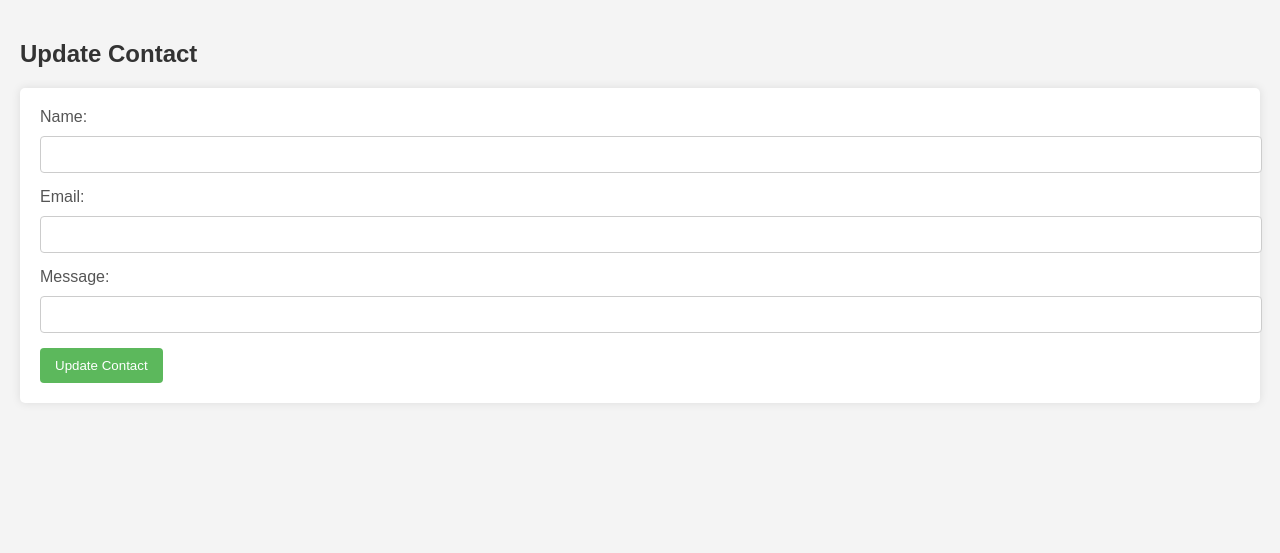
Repository: wmrmweerakoon/Online-Laundry-Management-System
Page: http://localhost/LaundryManagementSystem/contactUpdate.jsp
The author's editor kept a copy of each file at every save. The page is drawn from the files as they stood at one save, then again after the next save.
The browser window is 1280 px wide. The pictures show the whole page.
The page is served by Tomcat 9.

Above is the page before, as saved 2024-10-13 09:29:03.

After the next save:
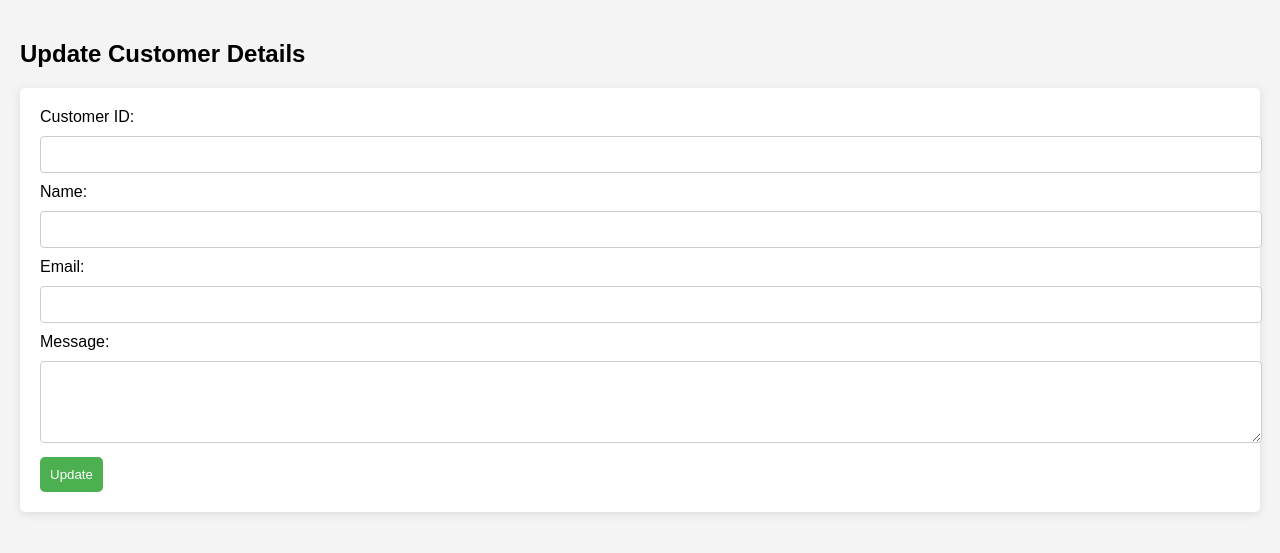
Saved 87 s later.
--- a/Projects/LaundryManagementSystem/src/main/webapp/contactUpdate.jsp
+++ b/Projects/LaundryManagementSystem/src/main/webapp/contactUpdate.jsp
@@ -1,11 +1,8 @@
-<%@ page language="java" contentType="text/html; charset=UTF-8" pageEncoding="UTF-8" %>
-<%@ page import="Model.contactModel" %>
+<%@ page language="java" contentType="text/html; charset=UTF-8" pageEncoding="UTF-8"%>
 <!DOCTYPE html>
-<html lang="en">
+<html>
 <head>
-    <meta charset="UTF-8">
-    <meta name="viewport" content="width=device-width, initial-scale=1.0">
-    <title>Update Contact</title>
+    <title>Update Customer</title>
     <style>
         body {
             font-family: Arial, sans-serif;
@@ -13,54 +10,50 @@
             margin: 0;
             padding: 20px;
         }
-        h2 {
-            color: #333;
-        }
         form {
-            background-color: #fff;
+            background: white;
             padding: 20px;
             border-radius: 5px;
-            box-shadow: 0 0 10px rgba(0, 0, 0, 0.1);
+            box-shadow: 0 2px 10px rgba(0, 0, 0, 0.1);
         }
-        label {
-            display: block;
-            margin-bottom: 10px;
-            color: #555;
-        }
-        input[type="text"], input[type="email"] {
+        input[type="text"], input[type="email"], textarea {
             width: 100%;
             padding: 10px;
-            margin-bottom: 15px;
+            margin: 10px 0;
             border: 1px solid #ccc;
             border-radius: 4px;
         }
         input[type="submit"] {
-            background-color: #5cb85c;
+            background-color: #4CAF50;
             color: white;
-            padding: 10px 15px;
             border: none;
-            border-radius: 4px;
+            padding: 10px;
             cursor: pointer;
+            border-radius: 5px;
         }
         input[type="submit"]:hover {
-            background-color: #4cae4c;
+            background-color: #45a049;
         }
     </style>
 </head>
 <body>
-    <h2>Update Contact</h2>
-    <form action="ContactUpdateServlet" method="post">
-        <input type="hidden" name="id" value="<%= request.getParameter("id") %>">
-        <label for="name">Name:</label>
-        <input type="text" id="name" name="name" required>
 
-        <label for="email">Email:</label>
-        <input type="email" id="email" name="email" required>
+<h2>Update Customer Details</h2>
+<form action="ContactUpdateServlet" method="post">
+    <label for="id">Customer ID:</label>
+    <input type="text" id="id" name="id" required>
 
-        <label for="message">Message:</label>
-        <input type="text" id="message" name="message" required>
+    <label for="name">Name:</label>
+    <input type="text" id="name" name="name" required>
 
-        <input type="submit" value="Update Contact">
-    </form>
+    <label for="email">Email:</label>
+    <input type="email" id="email" name="email" required>
+
+    <label for="message">Message:</label>
+    <textarea id="message" name="message" rows="4" required></textarea>
+
+    <input type="submit" value="Update">
+</form>
+
 </body>
 </html>
